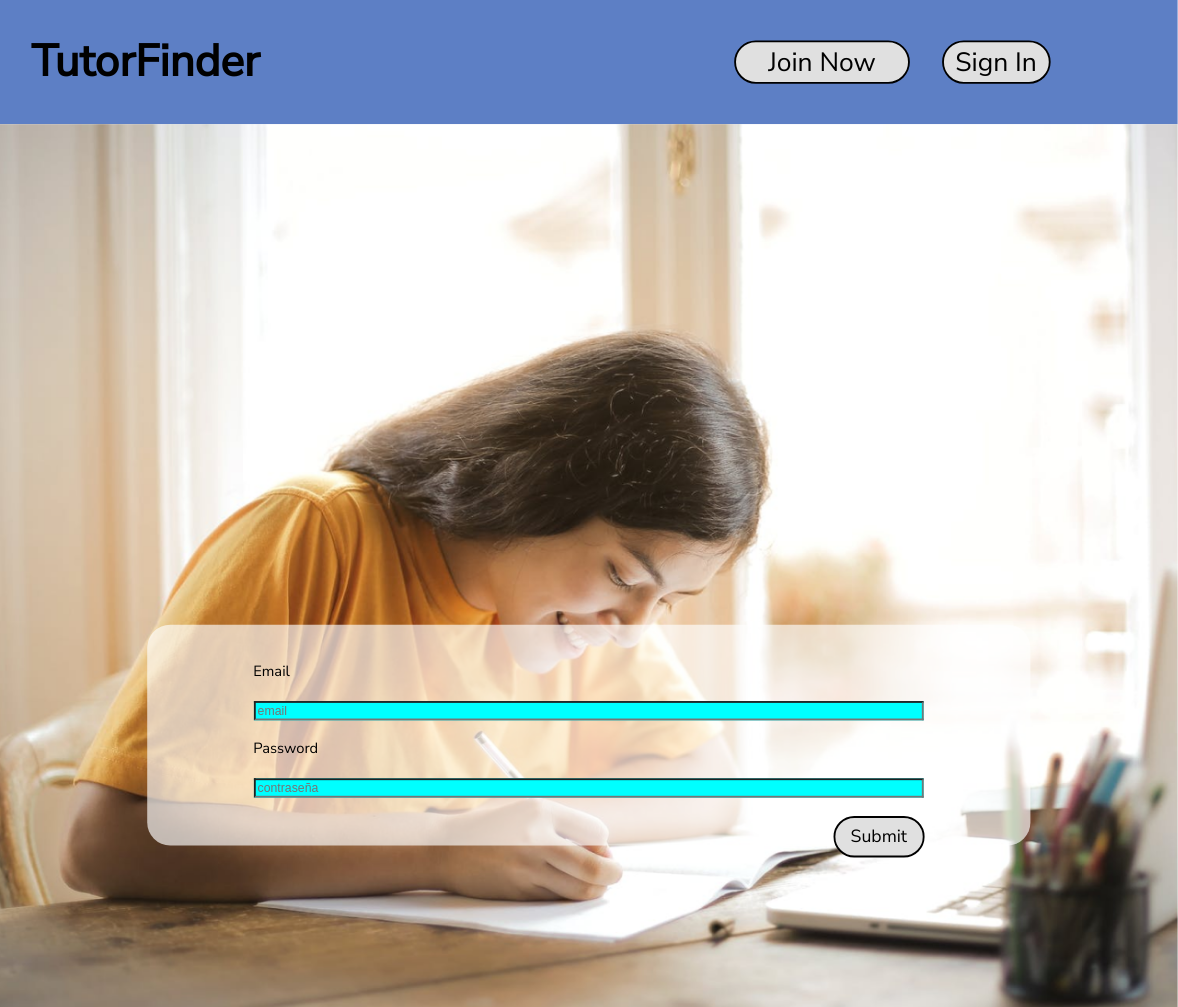
Repository: uprm-inso-4117-2020-2021-s2/semester-project-uprm-inso-4117-2020-2021-s2-team-7
Page: / (app in tutorfinder/)
The author's editor kept a copy of each file at every save. The page is drawn from the files as they stood at one save, then again after the next save.
The browser window is 1280 px wide. The pictures show the whole page, at 92% of full size.
The project was rebuilt for these pictures with package versions that can differ from the ones it lists, and the page was loaded fresh each time. Also part of the build but not shown: tutorfinder/src/App.css, tutorfinder/src/Search.js.

Above is the page before, as saved 2021-03-30 00:25:40.

After the next save:
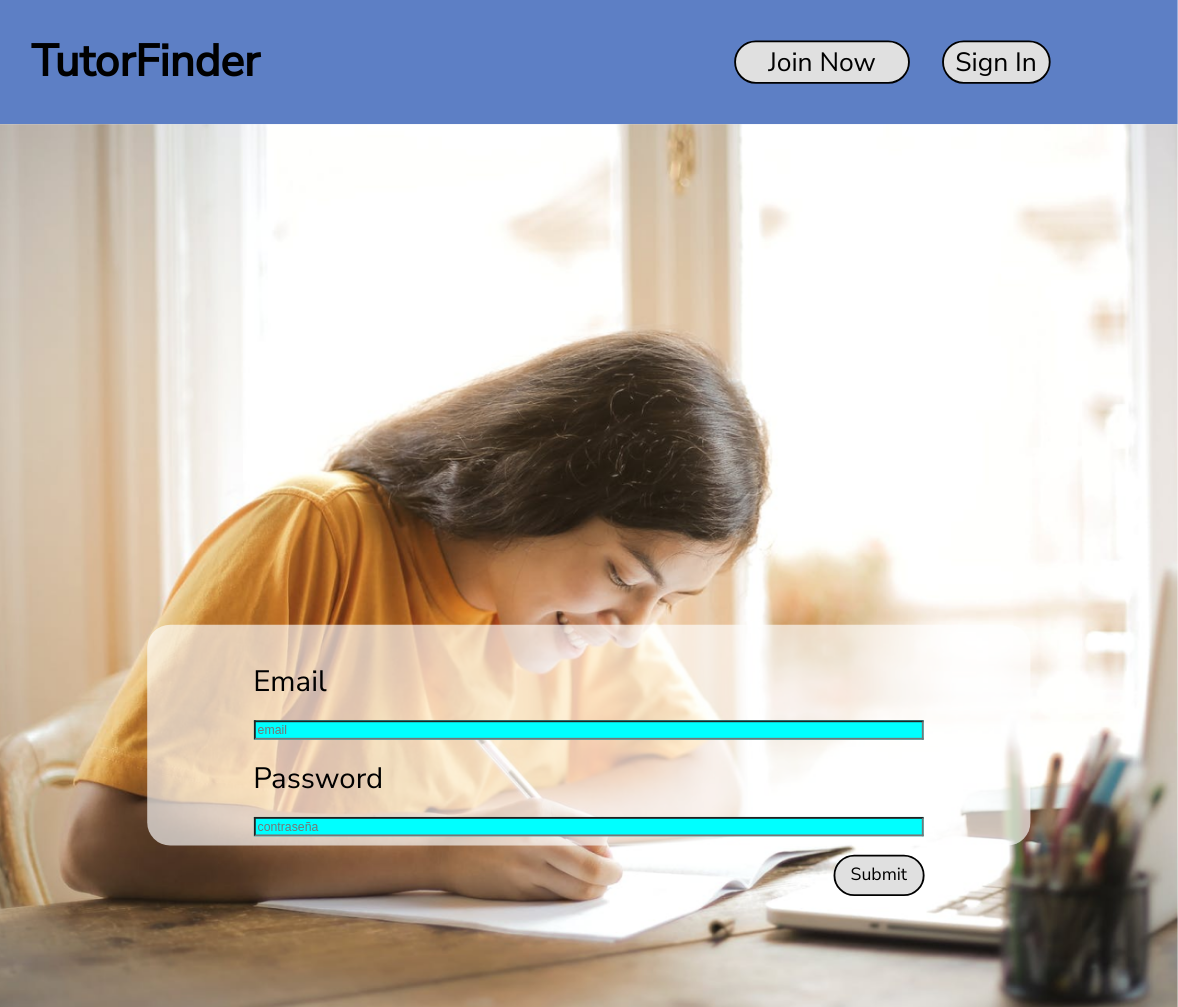
Saved 17 s later.
--- a/tutorfinder/src/Welcome.css
+++ b/tutorfinder/src/Welcome.css
@@ -82,6 +82,7 @@
     text-align: left;
     padding-left: 12%;
     font-family: "Nunito Sans", sans-serif;
+    font-size: 2em;
 }
 
 .submit{

After the save that followed:
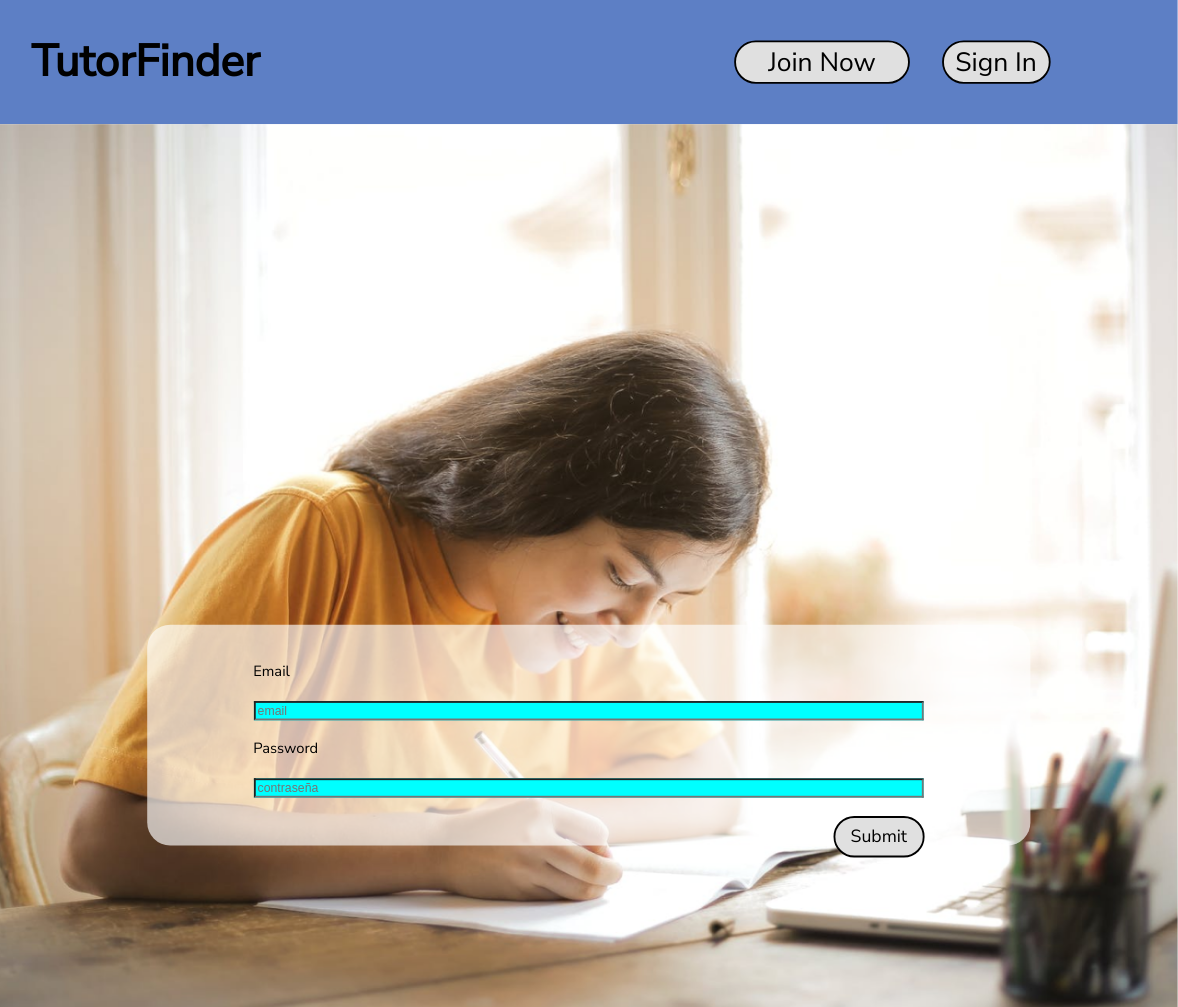
Saved 6 s later.
--- a/tutorfinder/src/Welcome.css
+++ b/tutorfinder/src/Welcome.css
@@ -82,7 +82,7 @@
     text-align: left;
     padding-left: 12%;
     font-family: "Nunito Sans", sans-serif;
-    font-size: 2em;
+    font-size: 1em;
 }
 
 .submit{
